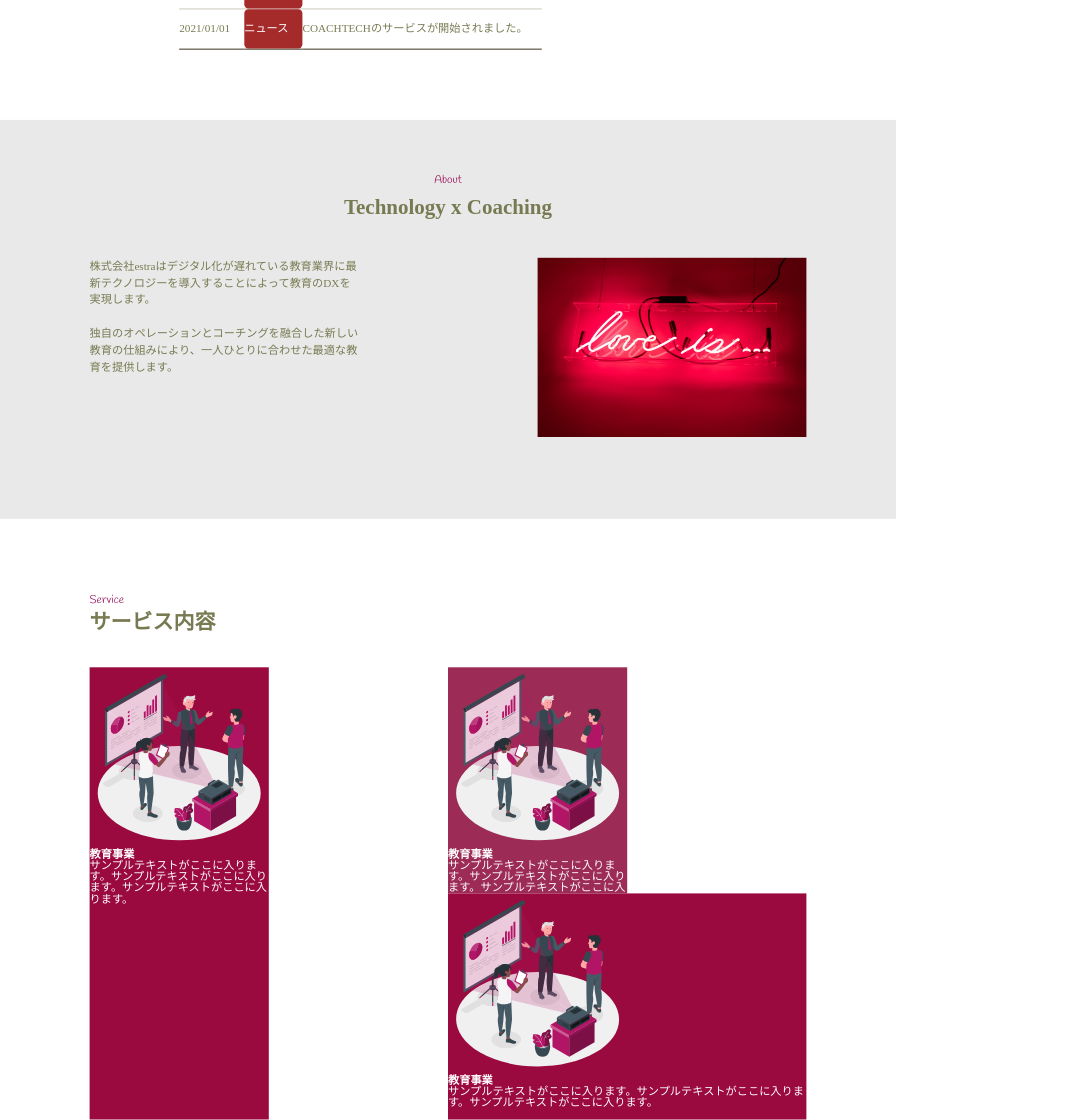
Repository: masanarimiura/20220504miura
Page: index.html
An editor plug-in stored every save of this project. The page is shown before and after a run of saves, followed by the edit.
The browser window is 1280 px wide. The page is 1536 px wide, so the pictures cover 1536 px, including what lies to the right of the window. The pictures show the part of the page from y = 965 to 2565 px (the page is 2565 px tall), at 70% of full size.

Above is the page before, as saved 2022-05-04 22:00:00.

After the next 2 saves:
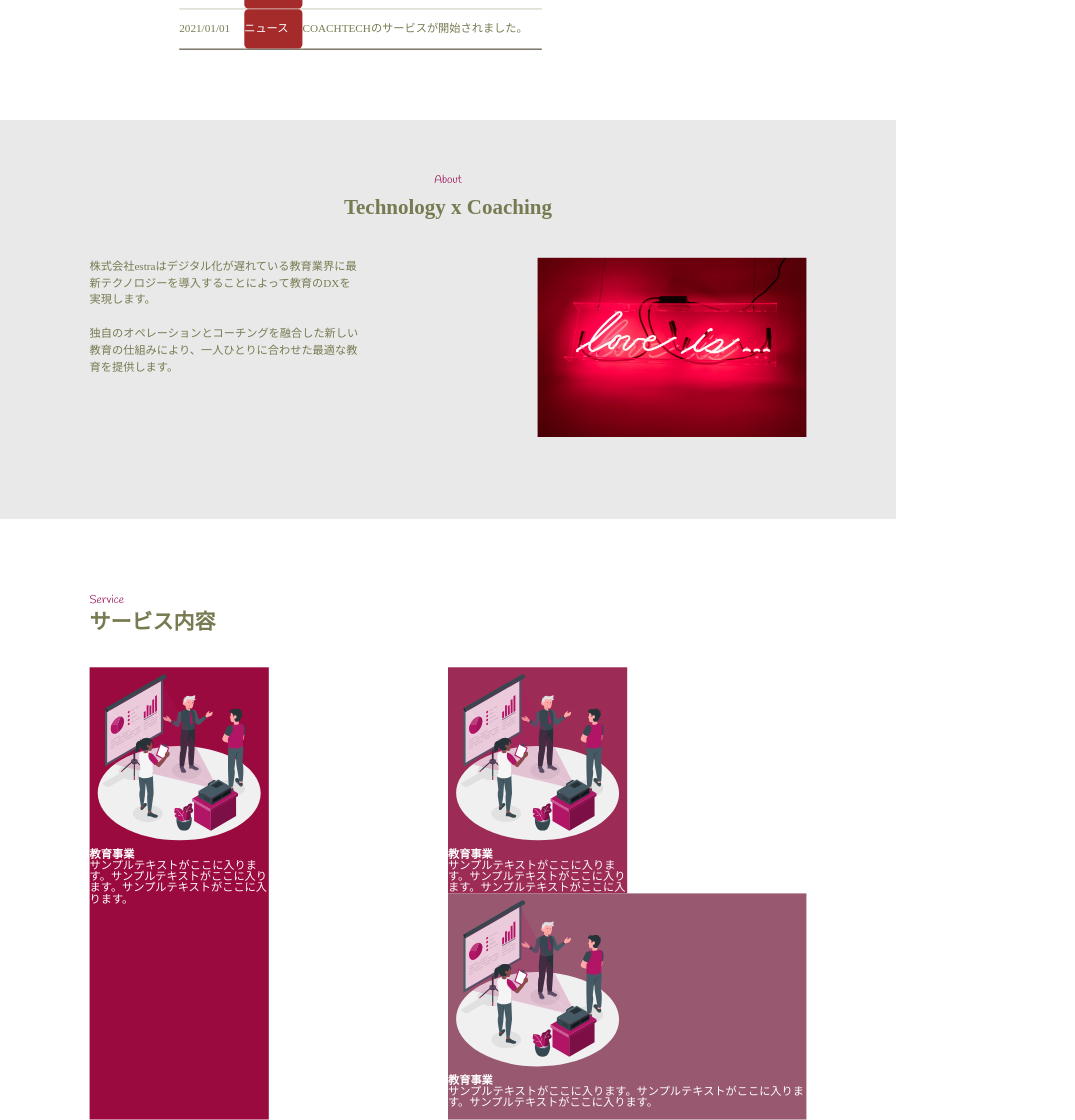
The 2 saves are shown as one change because they came seconds apart.
The last was saved 9 s later.
--- a/css/style.css
+++ b/css/style.css
@@ -163,5 +163,5 @@ a {
 .service-box3 {
   grid-column: 2/3;
   grid-row: 2/3;
-  background-color: rgb(155, 10, 63);
+  background-color: rgb(152, 89, 112);
 }
